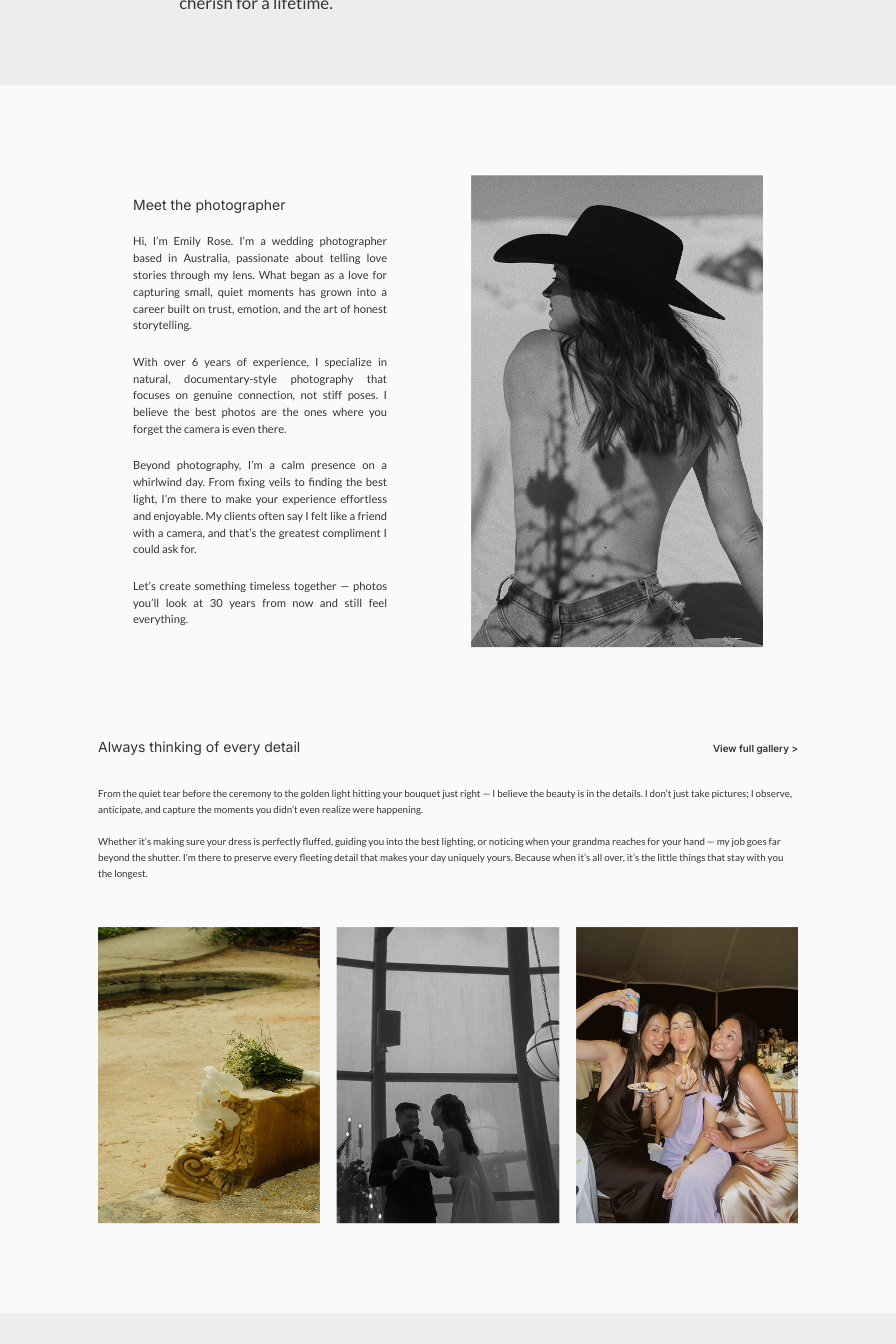
Repository: eduarda-magnago/wt-photography
Page: /
An editor plug-in stored every save of this project. The page is shown before and after the next save, followed by the edit.
The browser window is 1280 px wide. The pictures show the part of the page from y = 949 to 2869 px (the page is 3756 px tall before and 3799 px after), at 70% of full size.
Some web fonts or font styles are not loaded; a fallback is used. The project was rebuilt for these pictures with package versions that can differ from the ones it lists, and the page was loaded fresh each time. The framework's server and built-in components were replaced by stand-ins that run in the browser. Also part of the build but not shown: next.config.ts.

Above is the page before, as saved 2026-10-19 11:34:50.

After the next save:
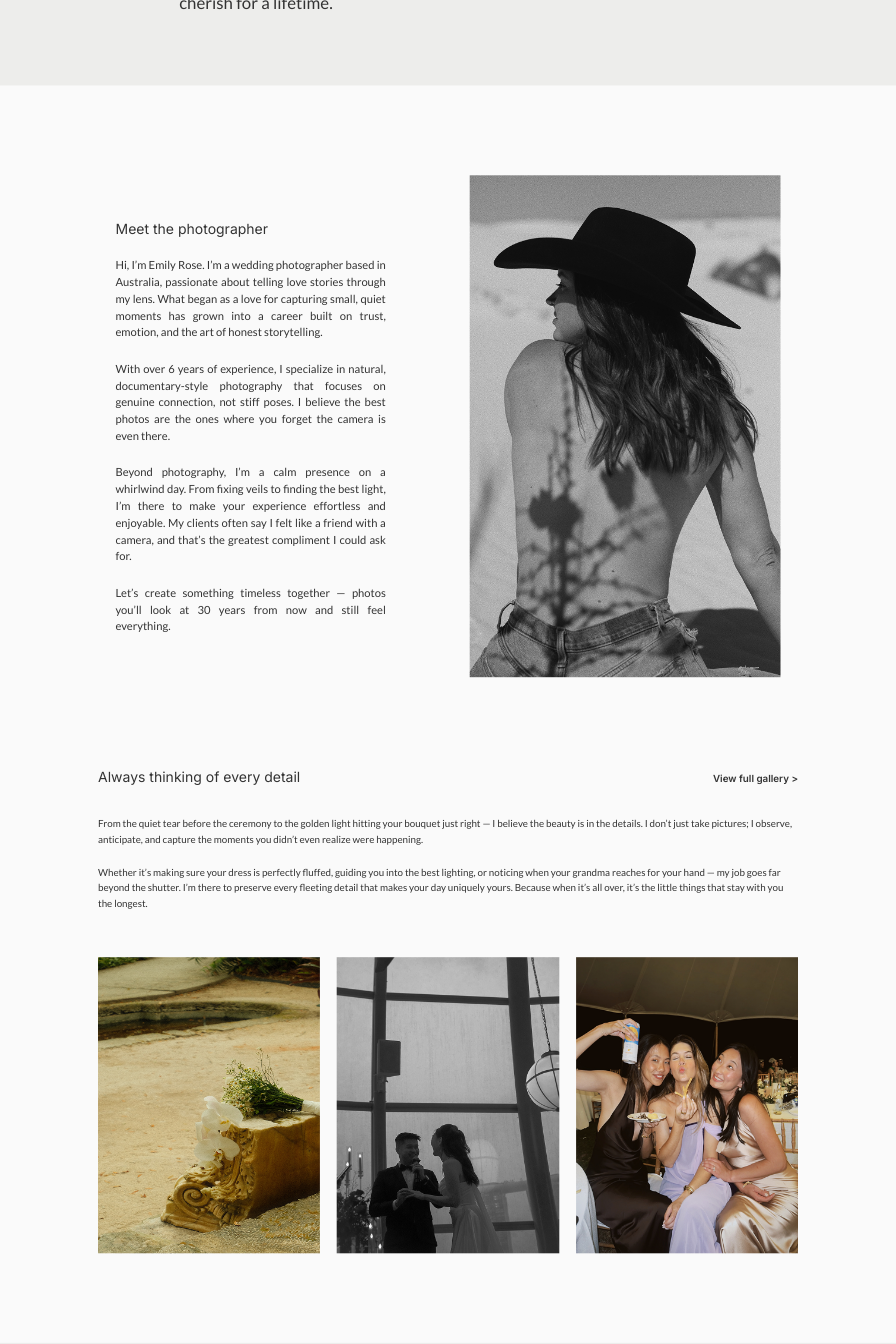
Saved 11 s later.
--- a/components/home/about.tsx
+++ b/components/home/about.tsx
@@ -3,7 +3,7 @@ import Image from "next/image";
 export default function About() {
   return (
     <section id="about" className="bg-paper px-6 py-24 md:px-14 md:py-32">
-      <div className="mx-auto grid max-w-[900px] items-center gap-12 md:grid-cols-[435fr_500fr] md:gap-x-12 xl:gap-x-[120px]">
+      <div className="mx-auto grid max-w-[950px] items-center gap-12 md:grid-cols-[435fr_500fr] md:gap-x-12 xl:gap-x-[120px]">
         <div>
           <h2 className="font-heading text-[20px]">Meet the photographer</h2>
 
